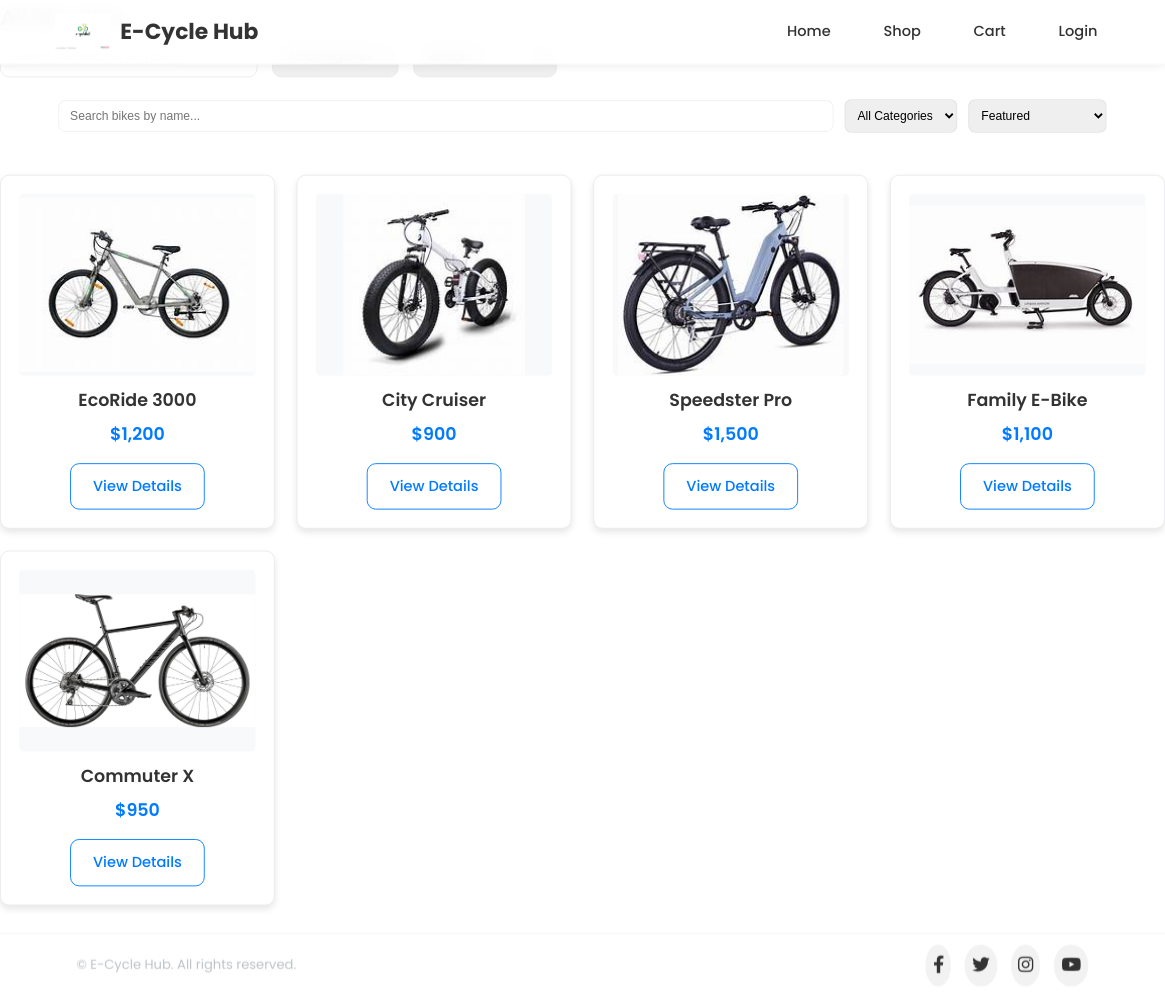
Repository: Rutuja-g/E-Cycle-Hub
Page: public/products.html
An editor plug-in stored every save of this project. The page is shown before and after the next save, followed by the edit.
The browser window is 1280 px wide. The pictures show the whole page, at 91% of full size.

Above is the page before, as saved 2025-10-24 16:20:50.
Console error: SyntaxError: Unexpected token 'export'

After the next save:
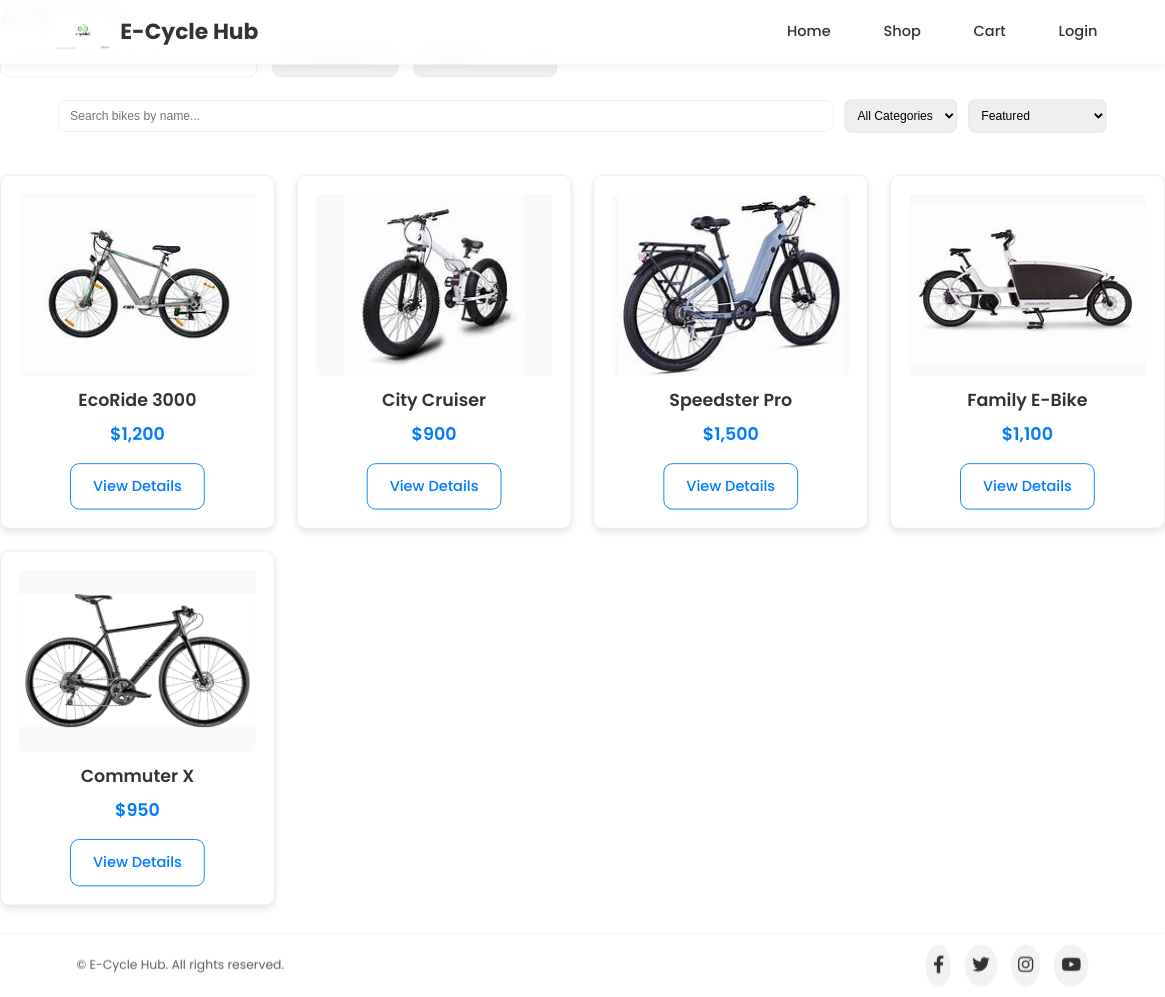
Saved 9 s later.
--- a/public/css/main.css
+++ b/public/css/main.css
@@ -552,8 +552,9 @@ a:hover {
 
 .footer-content p {
   margin: 0;
-  color: #bdc3c7;
-  font-size: 0.9em;
+  color: var(--text-color);
+  font-size: 0.85em;
+  opacity: 0.8;
 }
 
 .social-icons {
